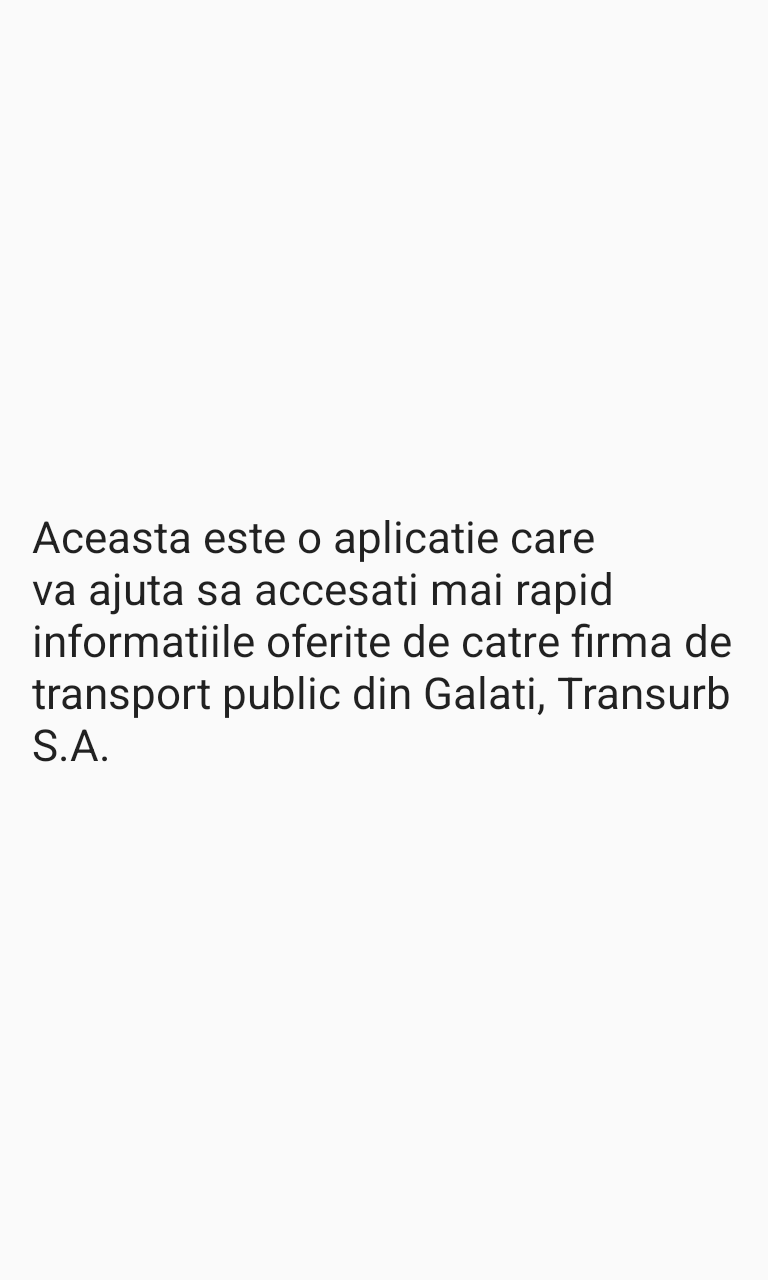
Repository: teoturcu/testdis
Layout: Trans/res/layout/fragment_main.xml
These files come from the project's save history. The layout is drawn as it stood at one moment and after the next save; the edit follows.
It is drawn on a 768 x 1280 px phone screen (xhdpi) without system bars, with theme AppTheme; the app's code is not run.

Above is the layout before, as saved 2015-03-29 17:14:09.

After the next save:
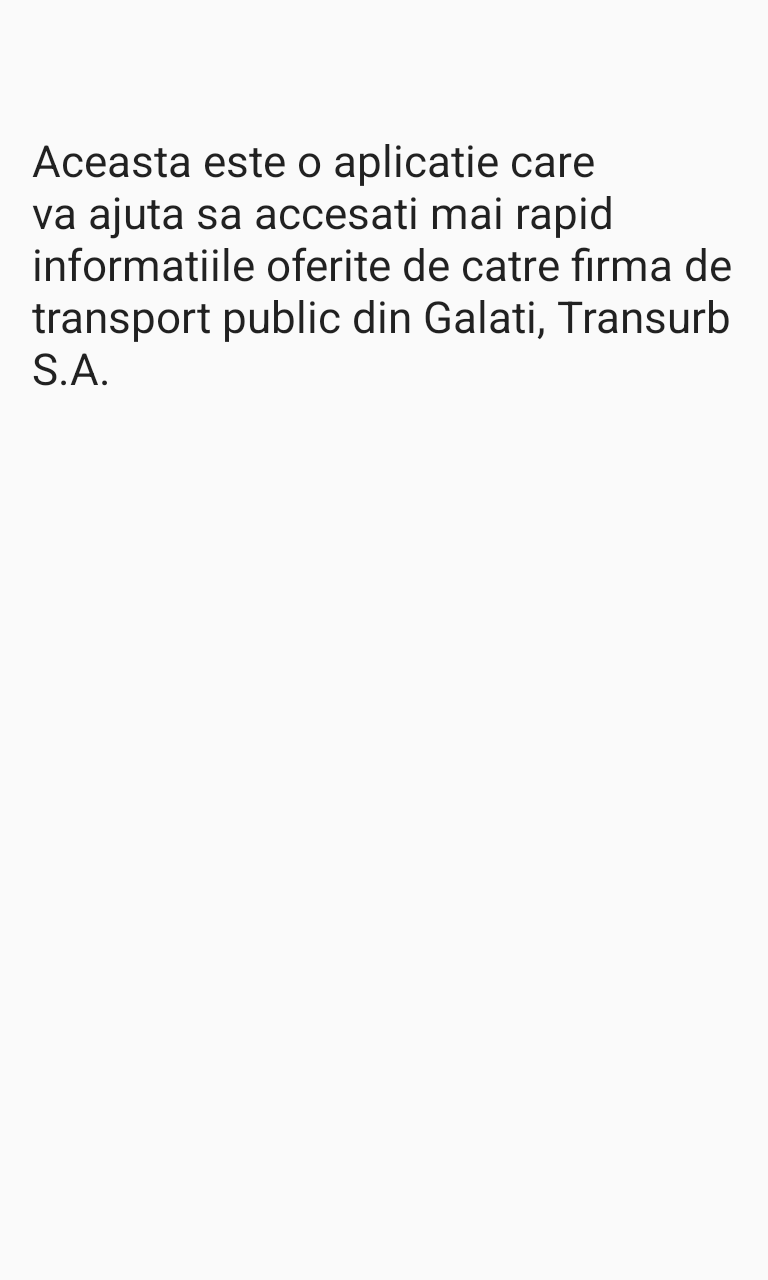
Saved 7 s later.
--- a/Trans/res/layout/fragment_main.xml
+++ b/Trans/res/layout/fragment_main.xml
@@ -17,8 +17,9 @@
         android:id="@+id/textView1"
         android:layout_width="wrap_content"
         android:layout_height="wrap_content"
-        android:layout_centerHorizontal="true"
-        android:layout_centerVertical="true"
+        android:layout_alignLeft="@+id/section_label"
+        android:layout_below="@+id/section_label"
+        android:layout_marginTop="30dp"
         android:text="Aceasta este o aplicatie care va ajuta sa accesati mai rapid informatiile oferite de catre firma de transport public din Galati, Transurb S.A."
         android:textAppearance="?android:attr/textAppearanceLarge" />
 
